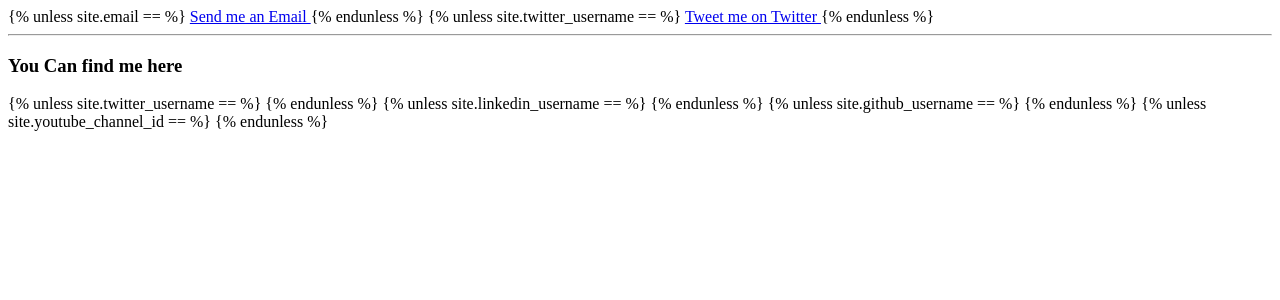
Repository: suprimregmi/suprimregmi.github.io
Page: _includes/contact.html
These files come from the project's save history. The page is drawn as it stood at one moment and after the next save; the edit follows.
The browser window is 1280 px wide. The pictures show the whole page.

Above is the page before, as saved 2023-11-29 14:46:22.

### _includes/contact.html
<section class="hero is-fullheight has-text-centered" id="contact">
    <div class="hero-body">
        <div class="container">
            <!-- {% unless site.facebook_username == %}
            <a id="contact-button" href="https://m.me/{{site.facebook_username}}"
                class="button is-rounded is-uppercase has-text-weight-normal is-black is-outlined has-text-weight-semibold column is-two-fifths"
                target="_blank">
                <i class="fab fa-facebook-messenger"></i>Ping me on Messenger
            </a>
            {% endunless %} -->
            {% unless site.email == %}
            <a id="contact-button" href="mailto:{{site.email}}"
                class="button is-rounded is-uppercase has-text-weight-normal is-black is-outlined has-text-weight-semibold column is-two-fifths"
                target="_blank">
                <i class="fas fa-envelope"></i>Send me an Email
            </a>
            {% endunless %}
            {% unless site.twitter_username == %}
            <a id="contact-button" href="https://www.twitter.com/intent/tweet?screen_name={{site.twitter_username}}"
                class="button is-rounded is-uppercase has-text-weight-normal is-black is-outlined has-text-weight-semibold column is-two-fifths"
                target="_blank">
                <i class="fab fa-twitter"></i>Tweet me on Twitter
            </a>
            {% endunless %}
            <hr>
            <h3 class="is-size-5 is-uppercase has-text-weight-semibold has-text-black is-marginless">
                You Can find me here
            </h3>
            <div class="column is-full is-size-3">
                <!-- {% unless site.facebook_username == %}
                <a href="http://www.facebook.com/{{site.facebook_username}}" target="_blank" class="has-text-black"><i class="fab fa-facebook"></i></a>
                {% endunless %} -->
                {% unless site.twitter_username == %}
                <a href="https://twitter.com/intent/user?screen_name={{site.twitter_username}}" target="_blank" class="has-text-black"><i class="fab fa-twitter"></i></a>
                {% endunless %}
                <!-- {% unless site.instagram_username ==  %}
                <a href="http://www.instagram.com/{{site.instagram_username}}" target="_blank" class="has-text-black"><i class="fab fa-instagram"></i></a>
                {% endunless %} -->
                {% unless site.linkedin_username ==  %}
                <a href="http://www.linkedin.com/in/{{site.linkedin_username}}" target="_blank" class="has-text-black"><i class="fab fa-linkedin"></i></a>
                {% endunless %}
                {% unless site.github_username ==  %}
                <a href="http://www.github.com/{{site.github_username}}" target="_blank" class="has-text-black"><i class="fab fa-github"></i></a>
                {% endunless %}
                {% unless site.youtube_channel_id ==  %}
                <a href="http://www.youtube.com/channel/{{site.youtube_channel_id}}" target="_blank" class="has-text-black"><i class="fab fa-youtube"></i></a>
                {% endunless %}
                <!-- {% unless site.reddit_username ==  %}
                <a href="http://www.reddit.com/u/{{site.reddit_username}}" target="_blank" class="has-text-black"><i class="fab fa-reddit"></i></a>
                {% endunless %} -->
                <!-- {% unless site.behance_username ==  %}
                <a href="http://www.behance.com/{{site.behance_username}}" target="_blank" class="has-text-black"><i class="fab fa-behance"></i></a>
                {% endunless %} -->
                <!-- {% unless site.dribbble_username ==  %}
                <a href="http://www.dribbble.com/{{site.dribbble_username}}" target="_blank" class="has-text-black"><i class="fab fa-dribbble"></i></a>
                {% endunless %}
                {% unless site.spotify_username ==  %}
                <a href="http://open.spotify.com/user/{{site.spotify_username}}" target="_blank" class="has-text-black"><i class="fab fa-spotify"></i></a>
                {% endunless %} -->
            </div>
        </div>
    </div>
</section>

After the next save:
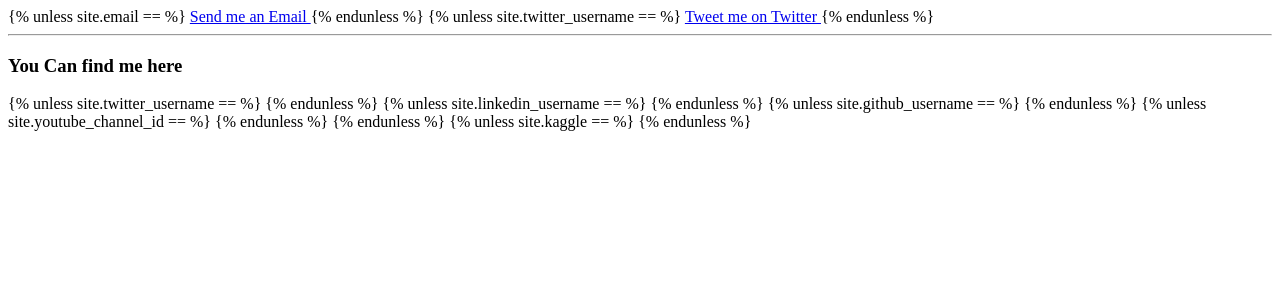
Saved 105 s later.
--- a/_includes/contact.html
+++ b/_includes/contact.html
@@ -57,6 +57,10 @@
                 {% unless site.spotify_username ==  %}
                 <a href="http://open.spotify.com/user/{{site.spotify_username}}" target="_blank" class="has-text-black"><i class="fab fa-spotify"></i></a>
                 {% endunless %} -->
+                {% endunless %}
+                {% unless site.kaggle ==  %}
+                <a href="https://www.kaggle.com/suprimregmi/Home" target="_blank" class="has-text-black"><i class="fab fa-youtube"></i></a>
+                {% endunless %}
             </div>
         </div>
     </div>
